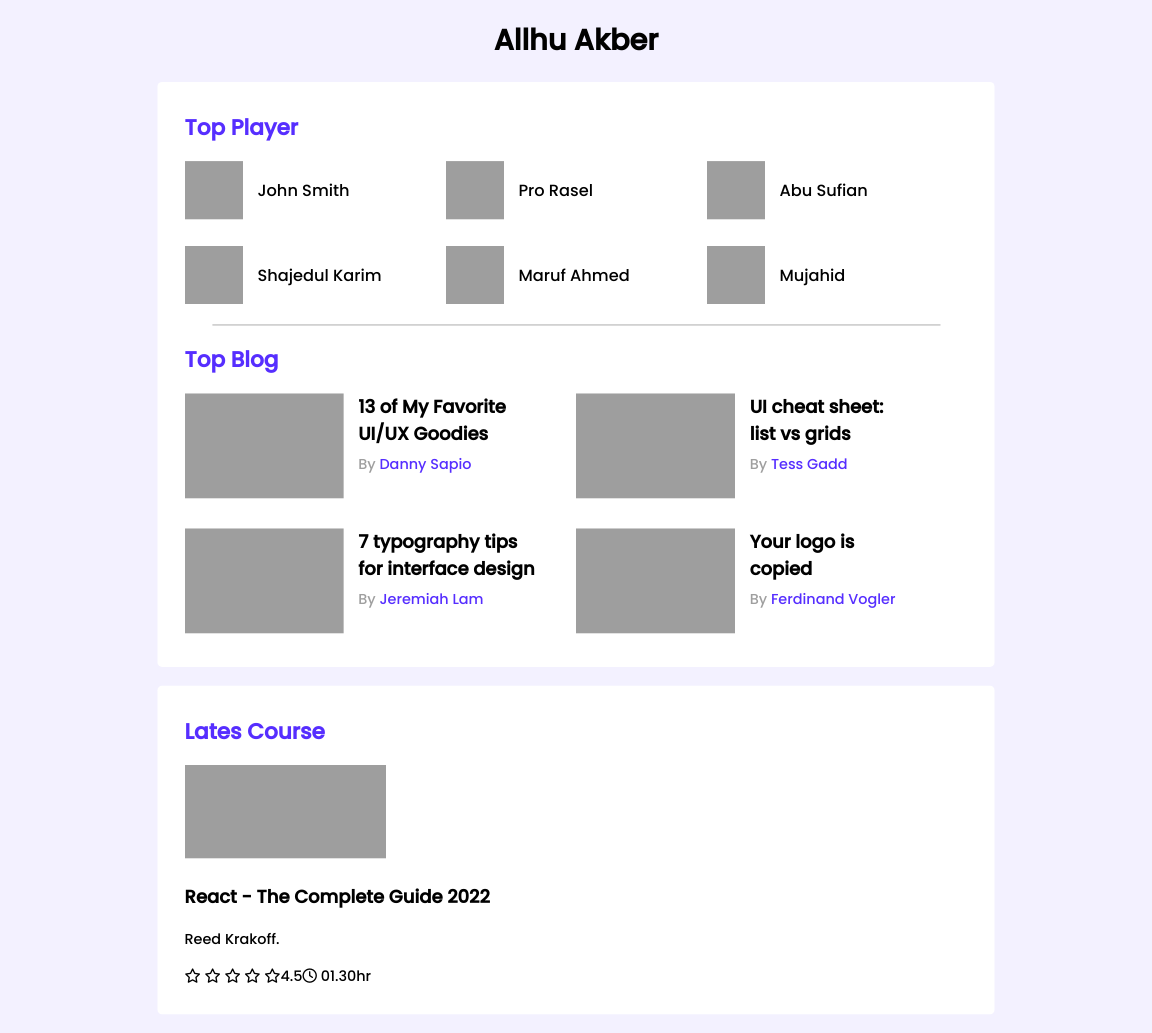
Repository: zjria/leader-board
Page: index.html
These files come from the project's save history. The page is drawn as it stood at one moment and after the next save; the edit follows.
The browser window is 1280 px wide. The pictures show the whole page, at 90% of full size.
Pictures or frames that could not be fetched are drawn as grey boxes.

Above is the page before, as saved 2022-09-04 10:08:56.

After the next save:
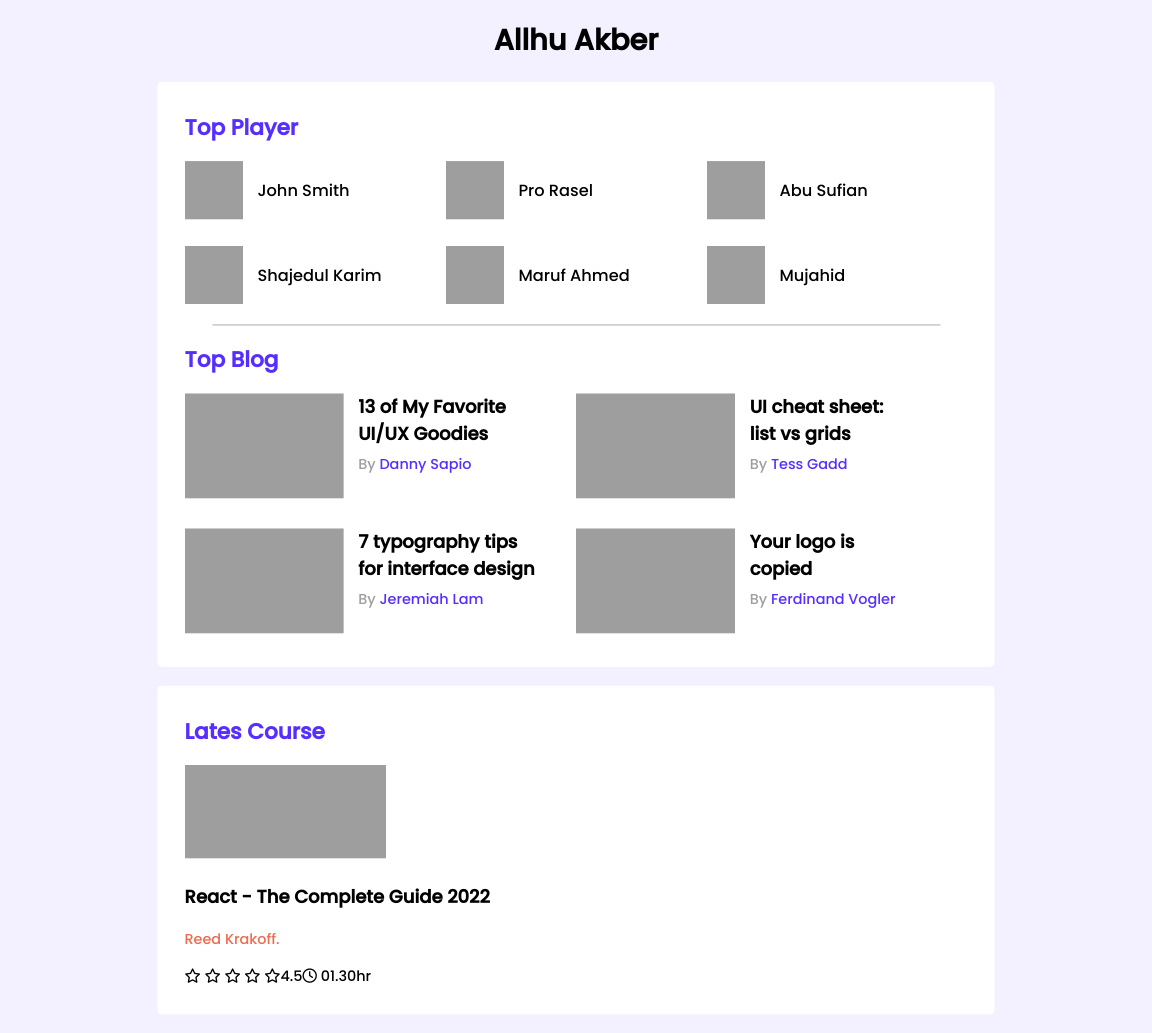
Saved 46 s later.
--- a/style/style.css
+++ b/style/style.css
@@ -119,6 +119,11 @@ h2.section-title {
     font-size: 20px;
 }
 
+.course-title p {
+    font-size: 16px;
+    color: #ED6B4F;
+}
+
 .course-info {
     display: flex;
 }
